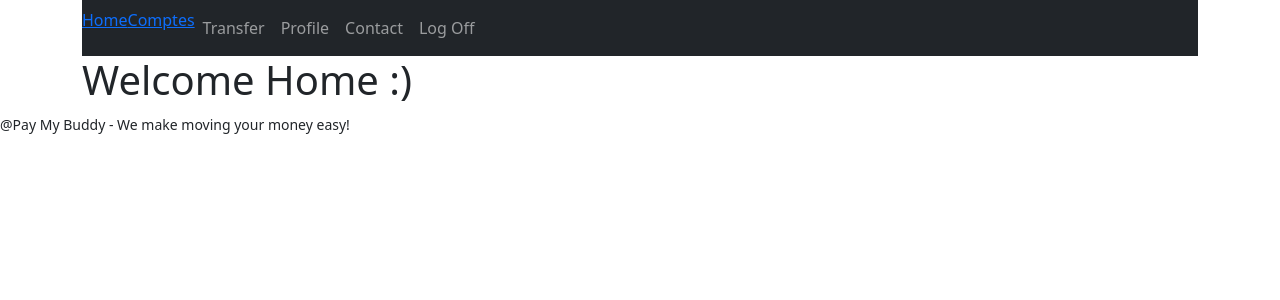
Repository: Am-BOUK/paymybuddy
Page: http://localhost/index
The author's editor kept a copy of each file at every save. The page is drawn from the files as they stood at one save, then again after the next save.
The browser window is 1280 px wide. The pictures show the whole page.
The page is this project's Thymeleaf template; nobody is signed in. The template is opened directly, without the code that normally fills it, so the values that code supplies are empty.

Above is the page before, as saved 2021-12-15 18:06:52.

### PayMyBuddy/src/main/resources/templates/index.html
<!DOCTYPE html>
<html xmlns:th="http://www.thymleaf.org"
	xmlns:layout="http://www.ultraq.net.nz/thymeleaf/layout">
<head>
<meta charset="utf-8" />
<title>Home Page</title>
<link
	href="https://cdn.jsdelivr.net/npm/bootstrap@5.1.3/dist/css/bootstrap.min.css"
	rel="stylesheet"
	integrity="sha384-1BmE4kWBq78iYhFldvKuhfTAU6auU8tT94WrHftjDbrCEXSU1oBoqyl2QvZ6jIW3"
	crossorigin="anonymous">
<script
	src="https://cdn.jsdelivr.net/npm/bootstrap@5.1.3/dist/js/bootstrap.min.js"
	integrity="sha384-QJHtvGhmr9XOIpI6YVutG+2QOK9T+ZnN4kzFN1RtK3zEFEIsxhlmWl5/YESvpZ13"
	crossorigin="anonymous"></script>

</head>
<body>
	<div class="container">
		<div>
			<nav class="navbar navbar-expand-sm bg-dark navbar-dark">
				<ul class="navbar-nav">
					<li class="nav-item">
					<li><a th:href='@{/home}'>Home</a></li>
					<li><a th:href='@{comptes}'>Comptes</a></li>
					<li class="nav-item"><a class="nav-link" href="operations">Transfer</a>
					</li>
					<li class="nav-item"><a class="nav-link" href="profile">Profile</a>
					</li>
					<li class="nav-item"><a class="nav-link" href="contact">Contact</a>
					</li>
					<li class="nav-item"><a class="nav-link" href="logOff">Log
							Off</a></li>
				</ul>
			</nav>
		</div>
		<h1>Welcome Home :)</h1>
	</div>
	<section layout:fragment="content"></section>
	<footer class="navbar-fixed-bottom">
		<small>@Pay My Buddy - We make moving your money easy!</small>
	</footer>
</body>
</html>

After the next save:
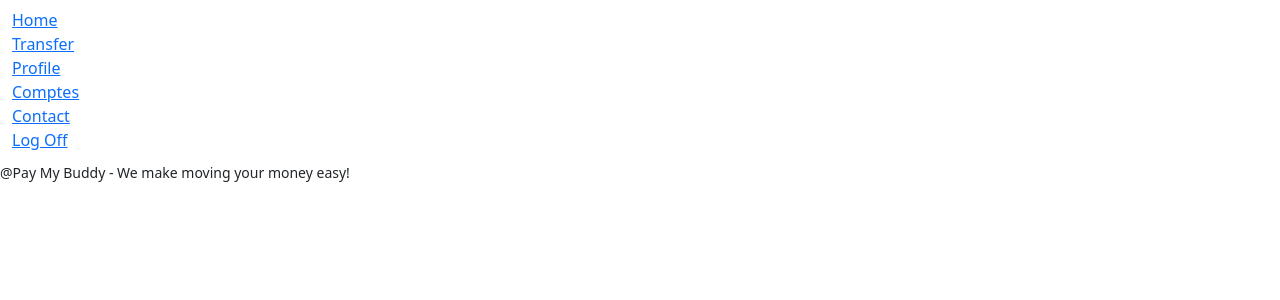
Saved 40 s later.
--- a/PayMyBuddy/src/main/resources/templates/index.html
+++ b/PayMyBuddy/src/main/resources/templates/index.html
@@ -2,8 +2,8 @@
 <html xmlns:th="http://www.thymleaf.org"
 	xmlns:layout="http://www.ultraq.net.nz/thymeleaf/layout">
 <head>
-<meta charset="utf-8" />
-<title>Home Page</title>
+<meta charset="utf-8">
+<title>Ma banque</title>
 <link
 	href="https://cdn.jsdelivr.net/npm/bootstrap@5.1.3/dist/css/bootstrap.min.css"
 	rel="stylesheet"
@@ -13,29 +13,22 @@
 	src="https://cdn.jsdelivr.net/npm/bootstrap@5.1.3/dist/js/bootstrap.min.js"
 	integrity="sha384-QJHtvGhmr9XOIpI6YVutG+2QOK9T+ZnN4kzFN1RtK3zEFEIsxhlmWl5/YESvpZ13"
 	crossorigin="anonymous"></script>
-
 </head>
 <body>
-	<div class="container">
-		<div>
-			<nav class="navbar navbar-expand-sm bg-dark navbar-dark">
+	<header>
+		<div class="navbar navbar-inverse">
+			<div class="container-fluid">
 				<ul class="navbar-nav">
-					<li class="nav-item">
-					<li><a th:href='@{/home}'>Home</a></li>
+					<li><a th:href='@{home}'>Home</a></li>
+					<li><a th:href='@{transfer}'>Transfer</a></li>
+					<li><a th:href='@{profile}'>Profile</a></li>
 					<li><a th:href='@{comptes}'>Comptes</a></li>
-					<li class="nav-item"><a class="nav-link" href="operations">Transfer</a>
-					</li>
-					<li class="nav-item"><a class="nav-link" href="profile">Profile</a>
-					</li>
-					<li class="nav-item"><a class="nav-link" href="contact">Contact</a>
-					</li>
-					<li class="nav-item"><a class="nav-link" href="logOff">Log
-							Off</a></li>
+					<li><a th:href='@{contact}'>Contact</a></li>
+					<li><a th:href='@{logOff}'>Log Off</a></li>
 				</ul>
-			</nav>
+			</div>
 		</div>
-		<h1>Welcome Home :)</h1>
-	</div>
+	</header>
 	<section layout:fragment="content"></section>
 	<footer class="navbar-fixed-bottom">
 		<small>@Pay My Buddy - We make moving your money easy!</small>
